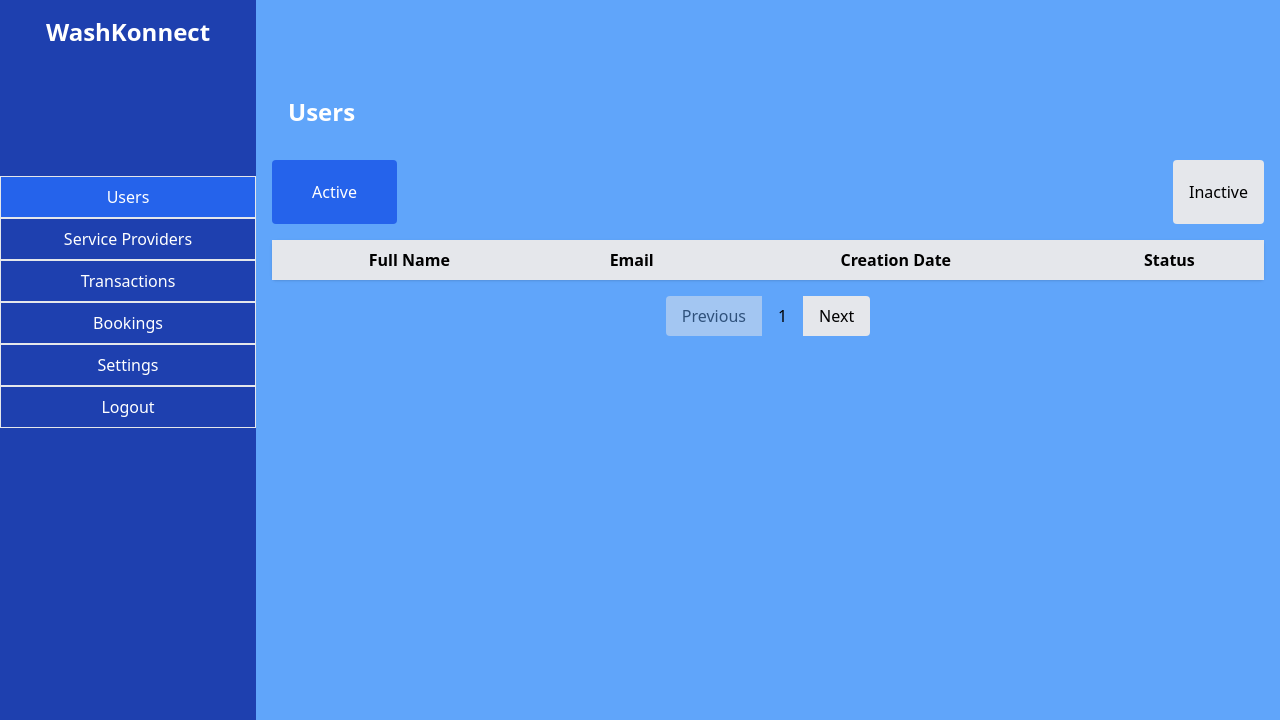
Repository: TEKVOLUTION-LTD/Admin-washKonnect
Page: /dashboard/users (app in Admin-WashKonnect/)
These files come from the project's save history. The page is drawn as it stood at one moment and after the next save; the edit follows.
The browser window is 1280 px wide. The pictures show the whole page.
The page's requests for data from a server got no answer. The project was rebuilt for these pictures with package versions that can differ from the ones it lists, and the page was loaded fresh each time. No one was signed in, and anything a server would have sent is missing. Also part of the build but not shown: Admin-WashKonnect/vite.config.js, Admin-WashKonnect/src/pages/LoginPage.jsx, Admin-WashKonnect/src/pages/ServiceProviderPage.jsx, Admin-WashKonnect/src/pages/TransactionsPage.jsx, Admin-WashKonnect/src/pages/BookingsPage.jsx, Admin-WashKonnect/src/pages/SettingsPage.jsx, Admin-WashKonnect/src/pages/LogoutPage.jsx.

Above is the page before, as saved 2024-11-20 09:30:43.

After the next save:
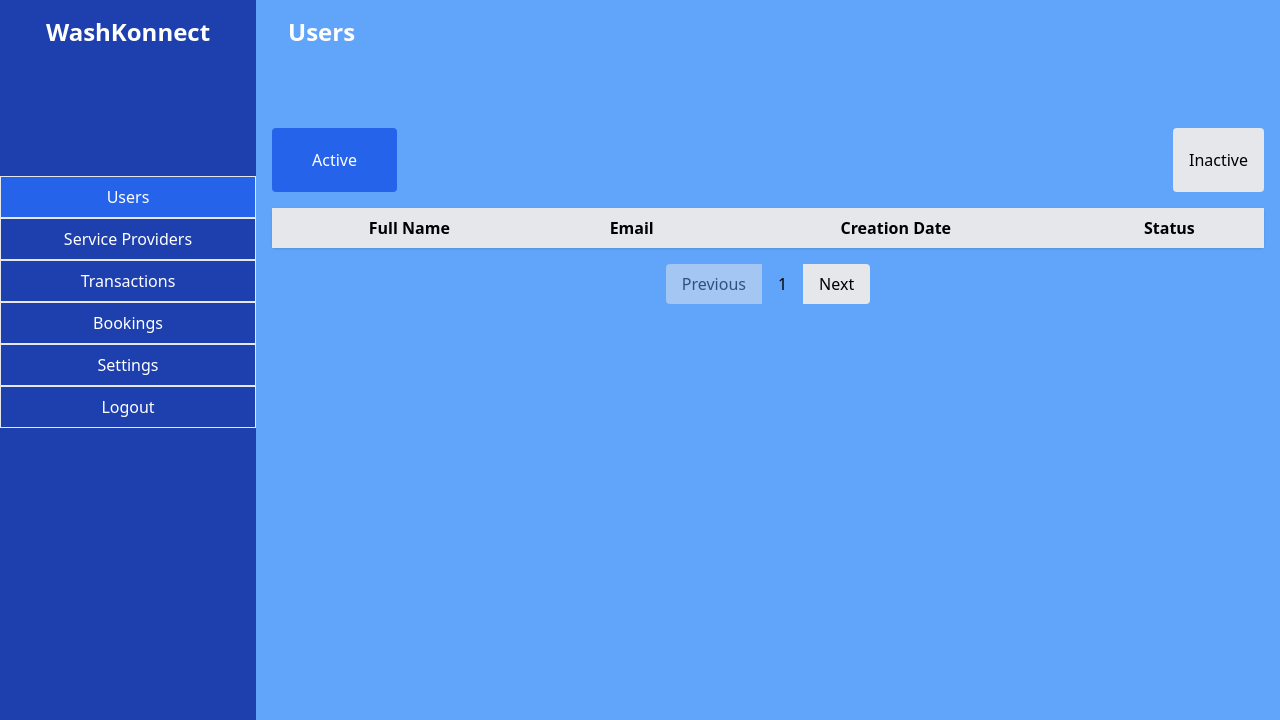
Saved 24 s later.
--- a/Admin-WashKonnect/src/components/UsersPage.jsx
+++ b/Admin-WashKonnect/src/components/UsersPage.jsx
@@ -24,9 +24,9 @@
   const displayedUsers = users.slice(startIndex, startIndex + usersPerPage);
 
   return (
-    <div className="mt-[5rem]">
+    <div className="">
         <h1 className="ml-4 text-white font-bold text-2xl">Users</h1>
-      <div className="flex justify-between mb-4 mt-[2rem]">
+      <div className="flex justify-between mb-4 mt-[5rem]">
 
         <button
           onClick={() => setFilter("active")}

After the save that followed:
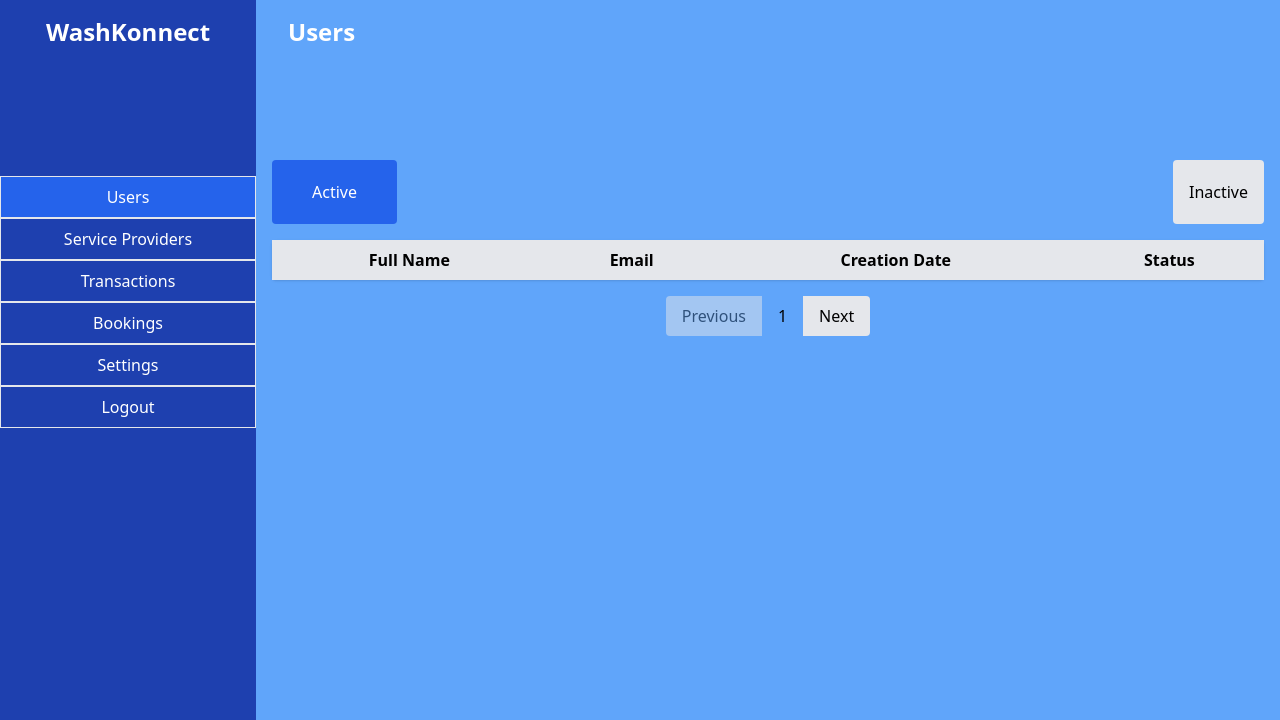
Saved 8 s later.
--- a/Admin-WashKonnect/src/components/UsersPage.jsx
+++ b/Admin-WashKonnect/src/components/UsersPage.jsx
@@ -26,7 +26,7 @@
   return (
     <div className="">
         <h1 className="ml-4 text-white font-bold text-2xl">Users</h1>
-      <div className="flex justify-between mb-4 mt-[5rem]">
+      <div className="flex justify-between mb-4 mt-[7rem]">
 
         <button
           onClick={() => setFilter("active")}
